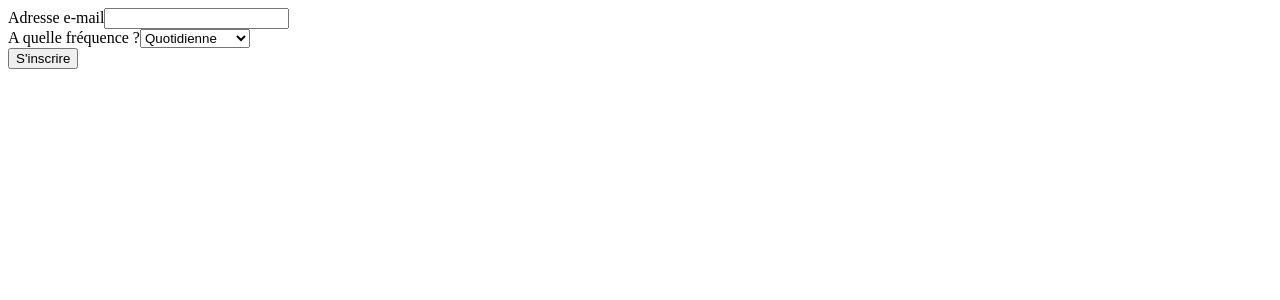
Repository: ryan-1337/php_form
Page: http://localhost/formManager/public/index.php
These files come from the project's save history. The page is drawn as it stood at one moment and after the next save; the edit follows.
The browser window is 1280 px wide. The pictures show the whole page.
The page is run by PHP 8.4 with error messages shown; the project is at /var/www/html/.

Above is the page before, as saved 2022-06-23 00:09:38.

After the next save:
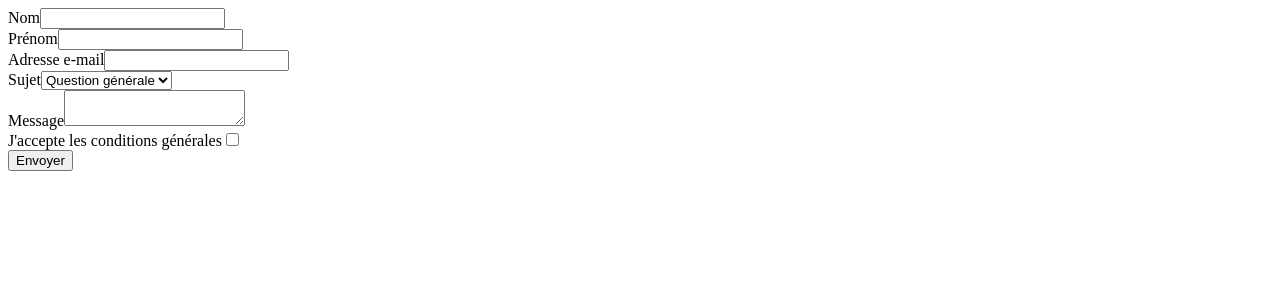
Saved 4 days later.
--- a/formManager/public/index.php
+++ b/formManager/public/index.php
@@ -7,6 +7,6 @@ use App\Util\Autoloader;
 Autoloader::register();
 
 $generator = FormGenerator::get();
-$formView = $generator->build('newsletter');
+$formView = $generator->build('contact');
 
 echo $formView;
